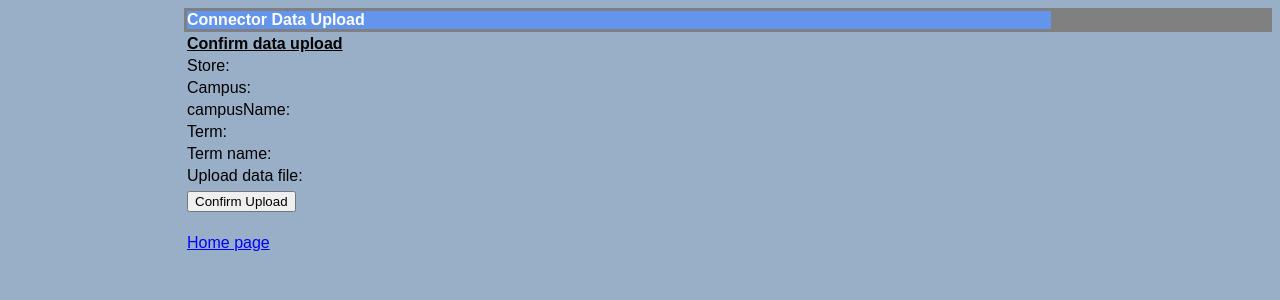
Repository: caditya/Dataupload
Page: http://localhost/connectordata/WEB-INF/views/dataupload.jsp
An editor plug-in stored every save of this project. The page is shown before and after the next save, followed by the edit.
The browser window is 1280 px wide. The pictures show the whole page.
Some web libraries are served in a nearby version. The page is served by Tomcat 9. Nobody is signed in. Other server files are loaded and not shown. The template is opened directly, without the code that normally fills it, so the values that code supplies are empty.

Above is the page before, as saved 2014-07-21 19:13:07.

### QAFileUpload/connectordata/src/main/webapp/WEB-INF/views/dataupload.jsp
<%@ page language="java" contentType="text/html; charset=ISO-8859-1"
	pageEncoding="ISO-8859-1"%>
<html>
<head>

<%@taglib prefix="c" uri="http://java.sun.com/jsp/jstl/core"%>
<link href="<c:url value="/resources/css/coffee.css" />"
	rel="stylesheet">

<script src="//code.jquery.com/jquery-1.10.2.js"></script>
<script>


	$(document).ready(function() {



		$("#submit-button").click(function() {
			$("#newaccountform").attr("action", "/it/createnewaccount");
			$("#newaccountform").attr("method", "post");
			$("#newaccountform").submit();
		});
		$("#confirmUpload").click(function() {
			uploadFile();
		});

		$body = $("body");

		$(document).on({
		    ajaxStart: function() { $body.addClass("loading");    },
		    ajaxStop: function() { $body.removeClass("loading"); }
		});
	});



</script>

<script>
function uploadFile(){

	$.getJSON("/connector/dataupload", { store: $('#store').val(), campus: $('#campus').val(), campusName: $('#campusName').val(),term: $('#term').val(),termName: $('#termName').val(),fileName: $('#fileName').val() }, function(status) {


		if (status.errorCode== '1') {
        	$("#placeholder_status").html("File Upload done.");
        	$("#confirmUpload").hide();
        	$("#pageHeading").html("<b>Last File Uploaded</b>");
        	$("#dataTable").css('background', 'C0C0C0')

        } else if (status.errorCode!='1'){
        	$("#placeholder_status").html("File upload failed. Please try manually. " +  status.errorcode);
        }
    });
}



	!function(d, s, id) {
		var js, fjs = d.getElementsByTagName(s)[0], p = /^http:/
				.test(d.location) ? 'http' : 'https';
		if (!d.getElementById(id)) {
			js = d.createElement(s);
			js.id = id;
			js.src = p + '://platform.twitter.com/widgets.js';
			fjs.parentNode.insertBefore(js, fjs);
		}
	}(document, 'script', 'twitter-wjs');
</script>
<title>Follett Apps</title>
<style>
.error {
	color: #ff0000;
}
</style>
</head>
<body>

	<%@ include file="shared/CoffeeHeader.jsp"%>
	<c:if test="${'Account Created' eq account_status}">
		<c:out value="Account Created1"></c:out>
	</c:if>

	<form:form method="POST" commandName="dataBlock"
		action="/connector/dataupload">
		<form:errors path="*" cssClass="errorblock" element="div" />
		<table id="dataTable" name="dataTable">
			<tr>
				<td id="pageHeading" name="pageHeading"><b><u> Confirm data upload</u></b></td>

			</tr>

			<td>Store:</td>
			<input type="hidden" name="store" id="store" value="${dataBlock.store}" />
			<td><c:out value="${dataBlock.store}"></c:out></td>
			</tr>
			<tr>
				<td>Campus:</td>
				<input type="hidden" name="campus" id="campus" value="${dataBlock.campus}" />
				<td><c:out value="${dataBlock.campus}"></c:out></td>
			</tr>

			<tr>
				<td>campusName:</td>
				<input type="hidden" name="campusName" id="campusName" value="${dataBlock.campusName}" />
				<td><c:out value="${dataBlock.campusName}"></c:out></td>
			</tr>
			<tr>
				<td>Term:</td>
				<input type="hidden" name="term" id="term" value="${dataBlock.term}" />
				<td><c:out value="${dataBlock.term}"></c:out></td>
			</tr>
			<tr>
				<td>Term name:</td>
				<input type="hidden" name="termName" id="termName" value="${dataBlock.termName}" />
				<td><c:out value="${dataBlock.termName}"></c:out></td>
			</tr>
			<tr>
				<td>Upload data file:</td>
				<input type="hidden" name="fileName" id="fileName" value="${dataBlock.dataFile.originalFilename}" />
				<td><c:out value="${dataBlock.dataFile.originalFilename}"></c:out></td>
				<td></td>

			</tr>
			<tr>
			<tr>
				<td colspan="3"><input type="button" value="Confirm Upload"  name="confirmUpload" id="confirmUpload" /></td>
			</tr>
		</table>
		<div class="modal"><!-- Place at bottom of page --></div>
		<div class="modal"><!-- Place at bottom of page --></div>

	</form:form>
<%@ include file="shared/CoffeeFooter.jsp"%>
</body>
</html>

### QAFileUpload/connectordata/src/main/webapp/WEB-INF/views/shared/CoffeeHeader.jsp
<%@ page language="java" contentType="text/html; charset=ISO-8859-1"
	pageEncoding="ISO-8859-1"%>
<%@ taglib prefix="c" uri="http://java.sun.com/jsp/jstl/core"%>
<%@ taglib prefix="fmt" uri="http://java.sun.com/jsp/jstl/fmt"%>
<%@ taglib prefix="form" uri="http://www.springframework.org/tags/form"%>
<%@ taglib prefix="sec"
	uri="http://www.springframework.org/security/tags"%>

<html>
<head>
<link rel="stylesheet" href="/coffee.css">
<link href="<c:url value="/resources/css/coffee.css" />"
	rel="stylesheet">
<title>Connector Header</title>
</head>
<body>
	<table class='table_header' >

		<tr>
			<td class="center" style="width: 80%;">
				<p class='pHeading'><b>Connector Data Upload</b></p>
			</td>
			<td class="center"  align="right"  "width: 15%">
			<sec:authorize access="authenticated">
					<p class='pHeading'>
						<sec:authentication property="name" />
			</td>
			<td class="center" style="width: 15%">
				<c:url var="logouturl" value="/j_spring_security_logout" />
				<a href="${logouturl}"> Log out</a>

			</td>
			</sec:authorize>
		</tr>
	</table>
</body>
</html>

### QAFileUpload/connectordata/src/main/webapp/WEB-INF/views/shared/CoffeeFooter.jsp
<%@ page language="java" contentType="text/html; charset=ISO-8859-1"
	pageEncoding="ISO-8859-1"%>
<%@ taglib prefix="c" uri="http://java.sun.com/jsp/jstl/core"%>
<html>
<head>
<link rel="stylesheet" href="/coffee.css">
<title>Coffee Catalog</title>
</head>
<body>
	<table style="width: 100%">

		<tr>
			<td class="center" style="width: 100%; font: caption;">
				<p>
					<b><a href="/connector/" class='font'>Home page</a> </b>
				</p>
			</td>
		</tr>

	</table>
</body>
</html>

### QAFileUpload/connectordata/src/main/webapp/resources/css/coffee.css
@CHARSET "UTF-8";
body {
  padding-left: 11em;
  font-family: Georgia, "Times New Roman",
        Times, serif;
  color: black;
  background-color: #98AFC7 }
ul.navbar {
  list-style-type: none;
  padding: 0;
  margin: 0;
  position: absolute;
  top: 2em;
  left: 1em;
  width: 9em }
h1 {
  font-family: Helvetica, Geneva, Arial,
        SunSans-Regular, sans-serif }
ul.navbar li {
  background: white;
  margin: 0.5em 0;
  padding: 0.3em;
  border-right: 1em solid black }
ul.navbar a {
  text-decoration: none }
a:link {
  color: blue }
a:visited {
  color: black }
address {
  margin-top: 1em;
  padding-top: 1em;
  border-top: thin dotted }

p.pHeading {
 	color: white;
 	background:#6495ED;
 }
 td.center {
    /* <http://www.w3.org/wiki/CSS/Properties/text-align>
     * left, right, center, justify, inherit
     */
    text-align: left;
    /* <http://www.w3.org/wiki/CSS/Properties/vertical-align>
     * baseline, sub, super, top, text-top, middle,
     * bottom, text-bottom, length, or a value in percentage
     */
    vertical-align: text-top;
    font: caption;
}
.font{
	font: caption;
}
.errorblock {
	font: caption;
	color: black;
	background-color: ;
	border: 3px solid #ff0000;
	padding: 8px;
	margin: 0px;
}
.table_header{
	width: 100%;
	background-color: grey;
}
td {
	font: caption;
}
a {
	font: caption;
}

td.u{
	text-decoration:underline bold;
}
.modal {
    display:    none;
    position:   fixed;
    z-index:    1000;
    top:        0;
    left:       0;
    height:     100%;
    width:      100%;
    background: rgba( 255, 255, 255, .8 )
                url('http://i.stack.imgur.com/FhHRx.gif')
                50% 50%
                no-repeat;
}

/* When the body has the loading class, we turn
   the scrollbar off with overflow:hidden */
body.loading {
    overflow: hidden;
}

/* Anytime the body has the loading class, our
   modal element will be visible */
body.loading .modal {
    display: block;
}
.disabled {
   backgroundColor:black;
   color: darkgrey;
   background-color: grey;
   backgroundColor:black;
}

/* root element for tabs  */
ul.css-tabs {
    margin:0 !important;
    padding:0;
    height:30px;
    border-bottom:1px solid #666;
}

/* single tab */
ul.css-tabs li {
    float:left;
    padding:0;
    margin:0;
    list-style-type:none;
}

/* link inside the tab. uses a background image */
ul.css-tabs a {
    float:left;
    font-size:13px;
    display:block;
    padding:5px 30px;
    text-decoration:none;
    border:1px solid #666;
    border-bottom:0px;
    height:18px;
    background-color:#efefef;
    color:#777;
    margin-right:2px;
    position:relative;
    top:1px;
    outline:0;
    -moz-border-radius:4px 4px 0 0;
}

ul.css-tabs a:hover {
    background-color:#F7F7F7;
    color:#333;
}

/* selected tab */
ul.css-tabs a.current {
    background-color:#ddd;
    border-bottom:1px solid #ddd;
    color:#000;
    cursor:default;
}


/* tab pane */
.css-panes div {
    display:none;
    border:1px solid #666;
    border-width:0 1px 1px 1px;
    min-height:150px;
    padding:15px 20px;
    background-color:#ddd;
}

After the next save:
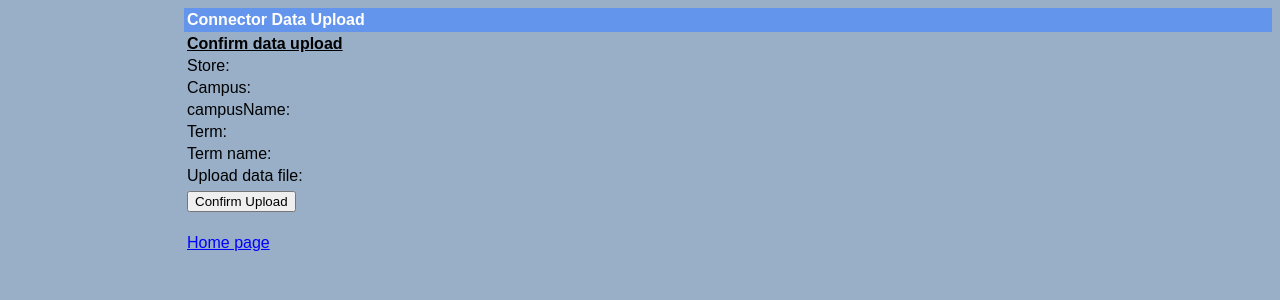
Saved 16 s later.
--- a/QAFileUpload/connectordata/src/main/webapp/resources/css/coffee.css
+++ b/QAFileUpload/connectordata/src/main/webapp/resources/css/coffee.css
@@ -61,7 +61,7 @@ p.pHeading {
 }
 .table_header{
 	width: 100%;
-	background-color: grey;
+	background-color: #6495ED;
 }
 td {
 	font: caption;
